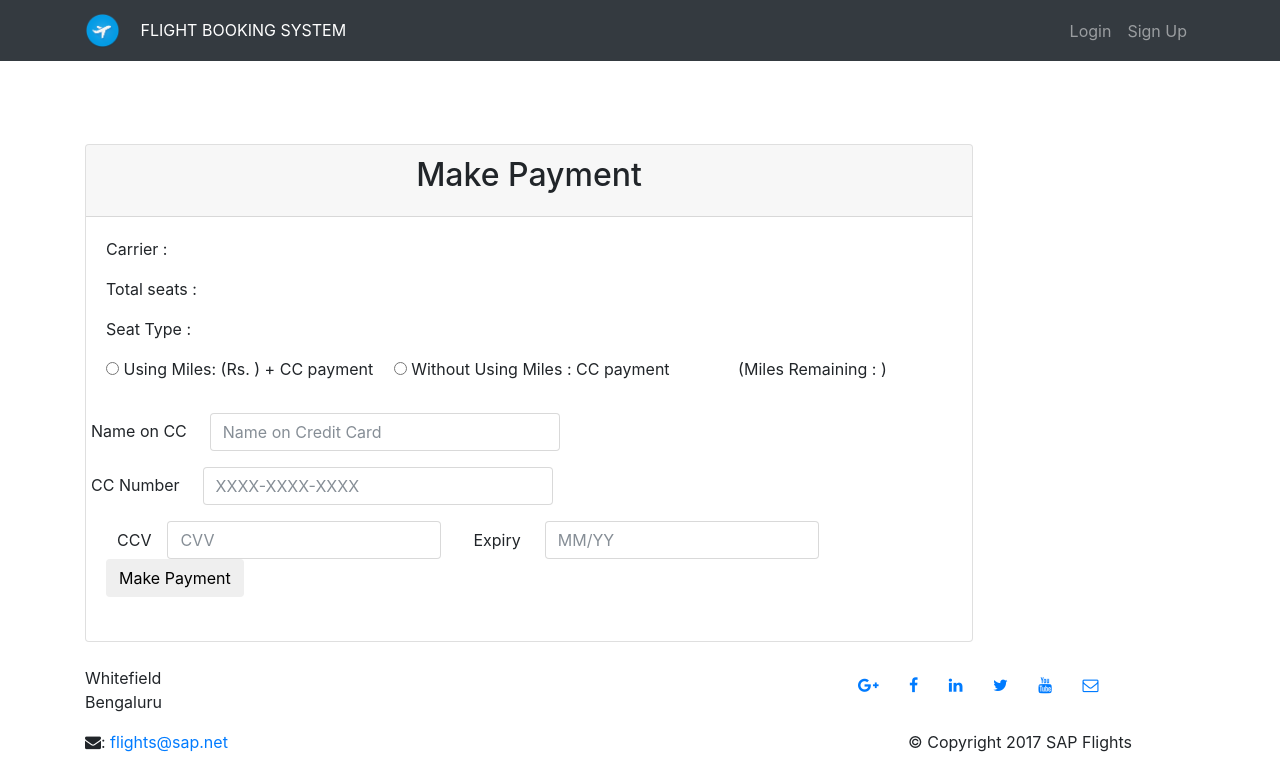
Repository: yashtatia/Spring-Practice
Page: http://localhost/FitnessTracker/WEB-INF/jsp/makePayment.jsp
These files come from the project's save history. The page is drawn as it stood at one moment and after the next save; the edit follows.
The browser window is 1280 px wide. The pictures show the whole page.
Some web libraries are served in a nearby version. The page is served by Tomcat 9. Nobody is signed in. Other server files are loaded and not shown. The template is opened directly, without the code that normally fills it, so the values that code supplies are empty.

Above is the page before, as saved 2017-09-06 07:33:25.
Console error: SyntaxError: Unexpected token ';'

### FitnessTracker/src/main/webapp/WEB-INF/jsp/makePayment.jsp
<%@ taglib prefix="spring" uri="http://www.springframework.org/tags" %>
<%@ taglib prefix="form" uri="http://www.springframework.org/tags/form" %>

<jsp:include page="header.jsp" />
	<br>
	<br>
	<br>
	<br>
	<br>
	<br>
	<div class="container">
		<div class="card" style="max-width: 80%;" >
			<div class="card-header">
				<h2 class="card-title" align="center">Make Payment</h2>
			</div>
			<div class="card-block">
				<div class="card-body">
						<p>Carrier : ${flightSelected.airline}</p>
						<p>Total seats : ${flightSelected.seats}</p>
						<p>Seat Type : ${flightSelected.seat_class}</p>

						<form:form commandName="payment" class="form-horizontal" method="POST">

							  <label class="radio-inline" >
							    <form:radiobutton path="payment_choice" name="payment_choice" value="1" />
							     Using Miles: ${miles_used} (Rs. ${discount}) + ${fare_with_miles}  CC payment

							  </label>


							  <label class="radio-inline mx-3">
							    <form:radiobutton path="payment_choice" name="payment_choice" value="2" />
							    Without Using Miles : ${fare_without_miles}	CC payment
							  </label>
							  <label class="mx-5">
							  	(Miles Remaining : ${miles_remaining})
							  </label>

							<br />
							<br/>

							<div class="form-group row">
							    <label for="input1" class="col-xs-3 col-form-label mr-2">Name on CC</label>
							    <div class="col-sm-10">
							      <form:input path="cc_name" type="text" name="cc_name" id="cc_name" placeholder="Name on Credit Card" class="form-control" style="max-width: 50%;" />
							    </div>
							</div>
							<div class="form-group row">
							    <label for="input2" class="col-xs-3 col-form-label mr-2">CC Number</label>
							    <div class="col-sm-10">
							      <form:input path="cc_number" type="text" name="cc_number" id="cc_number" placeholder="XXXX-XXXX-XXXX" class="form-control" style="max-width: 50%;" />
							    </div>
							</div>
							<div class="form-row">
									<div class="form-inline">
										<label class="mr-sm-2 mb-0 mx-md-3" for="cvv">CCV</label>
											<form:input path="cc_cvv" type="password" name="cc_cvv" id="cc_cvv" placeholder="CVV" class="form-control mr-sm-2 mb-2 mb-sm-0"  />
									<label class="mr-sm-2 mb-0 mx-md-4" for="last_name">Expiry</label>
											<form:input path="cc_expiry"  type="text" class="form-control mr-sm-2 mb-2 mb-sm-0" name="cc_expiry" id="cc_expiry" placeholder="MM/YY"/>
									</div>
							</div>


							<form:hidden path="flight_id"  name="flight_id" value="${flightSelected.flight_id}" />
							<form:hidden path="seat_type" name="seat_type" value="${flightSelected.seat_class_abbrev}" />
							<form:hidden path="seats" name="seats" value="${flightSelected.seats}" />
							<form:hidden path="fare_with_miles" name="fare_with_miles" value="${fare_with_miles}" />
							<form:hidden path="fare_without_miles" name="fare_without_miles" value="${fare_without_miles}" />
							<form:hidden path="miles_used" name="miles_used" value="${miles_used}" />
							<form:hidden path="miles_remaining" name="miles_remaining" value="${miles_remaining}" />
							<form:hidden path="miles_earned" name="miles_earned" value="${miles_earned}" />

							<button type="submit" name="" value="Make Payment" class="btn btn-default col-lg-offset-10" >Make Payment</button>
						</form:form>
				</div>

			</div>

			<br />



		</div>
	</div>
	<br/>

<jsp:include page="footer.jsp" />
<script type="text/javascript">
		$( document ).ready(function() {
		    preProcess();
		});

		function preProcess(){
			if($('input[name=payment_choice]:checked').val() == "with_miles"){
				var cc_remaining = ${fare_with_miles};
				if(cc_remaining == 0){
					$("#cc_name").prop("disabled", true);
					$("#cc_number").prop("disabled", true);
					$("#cc_cvv").prop("disabled", true);
					$("#cc_expiry").prop("disabled", true);
				}
			}
		}

		$('input[name=payment_choice]').on('change', function() {
			if($('input[name=payment_choice]:checked').val() == "with_miles"){
				var cc_remaining = ${fare_with_miles};
				if(cc_remaining == 0){
					$("#cc_name").prop("disabled", true);
					$("#cc_number").prop("disabled", true);
					$("#cc_cvv").prop("disabled", true);
					$("#cc_expiry").prop("disabled", true);
				}
			}else{
				$("#cc_name").prop("disabled", false);
				$("#cc_number").prop("disabled", false);
				$("#cc_cvv").prop("disabled", false);
				$("#cc_expiry").prop("disabled", false);
			}
		});
	</script>

### FitnessTracker/src/main/webapp/WEB-INF/jsp/header.jsp
<%@ taglib prefix="c" uri="http://java.sun.com/jsp/jstl/core"%>
<%@ taglib prefix="form" uri="http://www.springframework.org/tags/form" %>
<%@ taglib prefix="spring" uri="http://www.springframework.org/tags" %>
<!DOCTYPE html>
<html>
<head>
	<meta charset="utf-8">
    <meta http-equiv="X-UA-Compatible" content="IE=edge">
    <meta name="viewport" content="width=device-width, initial-scale=1, shrink-to-fit=no">
	<title>Search Flights</title>
	<link rel="stylesheet" href="https://maxcdn.bootstrapcdn.com/bootstrap/4.0.0-beta/css/bootstrap.min.css" integrity="sha384-/Y6pD6FV/Vv2HJnA6t+vslU6fwYXjCFtcEpHbNJ0lyAFsXTsjBbfaDjzALeQsN6M" crossorigin="anonymous">
	<link href="https://maxcdn.bootstrapcdn.com/font-awesome/4.7.0/css/font-awesome.min.css" rel="stylesheet">
	<link rel="stylesheet" type="text/css" href="assets/css/jquery-ui.css">
</head>
<body>

	 <nav class="navbar navbar-expand-md navbar-dark bg-dark fixed-top">
            <div class="container">
                <div class="navbar-header">
	                <span><a class="navbar-brand" href="index.jsp"><img src="assets/img/sap.png" height=35 width=35></a></span>
	                <span style="color: white;">FLIGHT BOOKING SYSTEM</span>
                </div>

                <c:choose>
    				<c:when test="${not logInForm.loggedIn || logInForm == null}">
                       <ul class="navbar-nav bd-navbar-nav" style="cursor: pointer;">
	                        <li class="nav-item"><a class="nav-link" data-toggle="modal" data-target="#loginModal" id="login"><span class="glyphicon glyphicon-log-in"></span> Login</a></li>
	                        <li class="nav-item"><a class="nav-link" href="signUp.html"><span class="glyphicon glyphicon-log-in"></span> Sign Up</a></li>
	                    </ul>
	    			</c:when>
	    			<c:otherwise>
	                    <ul class="navbar-nav bd-navbar-nav" style="cursor: pointer;">
	                        <li class="nav-item dropdown">
	                            <a href="#" class="nav-link dropdown-toggle" data-toggle="dropdown"
	                             role="button" aria-haspopup="true" aria-expanded="false" style="color: white; ">
	                             <i class="fa fa-user-o" aria-hidden="true"></i>  ${userForm.fname} ${userForm.lname} <span class="caret"></span></a>
	                            <ul class="dropdown-menu">
	                                <li><a class="dropdown-item" href="#">Your Miles : ${userForm.air_miles}</a></li>
	                                <li><a class="dropdown-item" href="myBookings.html">MyBookings</a></li>
	                                <li><a class="dropdown-item" href="logout.html">Logout</a></li>
	                            </ul>
	                        </li>
	                    </ul>
	                </c:otherwise>
                </c:choose>


                </div>
        </nav>

    <c:if test="${logInForm.loggedIn == false || logInForm == null}">

	    <div id="loginModal" class="modal fade " role="dialog" aria-labelledby="loginModal" aria-hidden="true">
	        <div class="modal-dialog" style="max-width: 650px !important;">
	        <!-- Modal content-->
	        <div class="modal-content">
	            <div class="modal-header">
	                <h5 class="modal-title" id="exampleModalLabel">Login</h5>
			     	   <button type="button" class="close" data-dismiss="modal" aria-label="Close">
			        	  <span aria-hidden="true">&times;</span>
			       	 </button>
	            </div>
		        <div class="modal-body">
		            <form:form modelAttribute="logInForm" class="form-inline" id="loginForm" action="logIn.html" method="POST">
		                <div class="form-group">
		                    <label class="sr-only" for="InputEmail">Email address</label>
		                    <form:input path="username" type="email" class="form-control" id="Email" placeholder="Email" name="email" />
		                </div>
		                <div class="form-group mx-sm-3">
		                    <label class="sr-only" for="Password">Password</label>
		                    <form:input path="password" type="password" class="form-control" id="Password" placeholder="Password" name="password" />
		                </div>

	            		<div class="form-group mx-sm-3">
	            			<button type="button" class="btn btn-default btn-danger pull-right" data-dismiss="modal">Cancel</button>
		                	<button type="submit" class="btn btn-default btn-info pull-right">Sign in</button>
	            		</div>


	            	</form:form>
				</div>

	        </div>
	        </div>
	    </div>

    </c:if>

### FitnessTracker/src/main/webapp/WEB-INF/jsp/footer.jsp

	<footer class="row-footer">
        <div class="container">
            <div class="row row-content">

                <div class="col-md-8">
                    <address>
		              Whitefield<br>
		              Bengaluru<br>

                    </address>
                </div>
                <div class="col-md-4">
                    <div >
                        <a class="btn btn-social-icon btn-google-plus" href="http://google.com/+"><i class="fa fa-google-plus"></i></a>
                        <a class="btn btn-social-icon btn-facebook" href="http://www.facebook.com/profile.php?id="><i class="fa fa-facebook"></i></a>
                        <a class="btn btn-social-icon btn-linkedin" href="http://www.linkedin.com/in/"><i class="fa fa-linkedin"></i></a>
                        <a class="btn btn-social-icon btn-twitter" href="http://twitter.com/"><i class="fa fa-twitter"></i></a>
                        <a class="btn btn-social-icon btn-youtube" href="http://youtube.com/"><i class="fa fa-youtube"></i></a>
                        <a class="btn btn-social-icon" href="mailto:"><i class="fa fa-envelope-o"></i></a>
                    </div>
                </div>
             </div>
             <div class="row row-content">
                <div class="col-md-8">
		              <i class="fa fa-envelope"></i>:
                         <a href="mailto:flights@sap.net">
                         flights@sap.net</a>
                </div>
                <div class="col-md-4">
                    <p align=center> &copy; Copyright 2017 SAP Flights</p>
                </div>
             </div>
        </div>
    </footer>




<script src="https://code.jquery.com/jquery-3.2.1.slim.min.js" integrity="sha384-KJ3o2DKtIkvYIK3UENzmM7KCkRr/rE9/Qpg6aAZGJwFDMVNA/GpGFF93hXpG5KkN" crossorigin="anonymous"></script>
<script type="text/javascript" src="http://code.jquery.com/jquery-3.2.1.min.js"></script>
<script type="text/javascript" src="assets/js/jquery-ui.min.js"></script>
<script src="https://cdnjs.cloudflare.com/ajax/libs/popper.js/1.11.0/umd/popper.min.js" integrity="sha384-b/U6ypiBEHpOf/4+1nzFpr53nxSS+GLCkfwBdFNTxtclqqenISfwAzpKaMNFNmj4" crossorigin="anonymous"></script>
<script src="https://maxcdn.bootstrapcdn.com/bootstrap/4.0.0-beta/js/bootstrap.min.js" integrity="sha384-h0AbiXch4ZDo7tp9hKZ4TsHbi047NrKGLO3SEJAg45jXxnGIfYzk4Si90RDIqNm1" crossorigin="anonymous"></script>

<script>
        $().button('toggle');
        $(document).ready(function(){
            $("#login").click(function(){
                console.log("yo!");
                $("#loginModal").modal();
            });
        });

        $(document).ready(function(){
            $("#table").click(function(){
                $("#tableModal").modal();
            });
        });
</script>
</body>
</html>

Loaded but not shown: FitnessTracker/src/main/webapp/assets/css/jquery-ui.css (library); FitnessTracker/src/main/webapp/assets/js/jquery-ui.min.js (library)

After the next save:
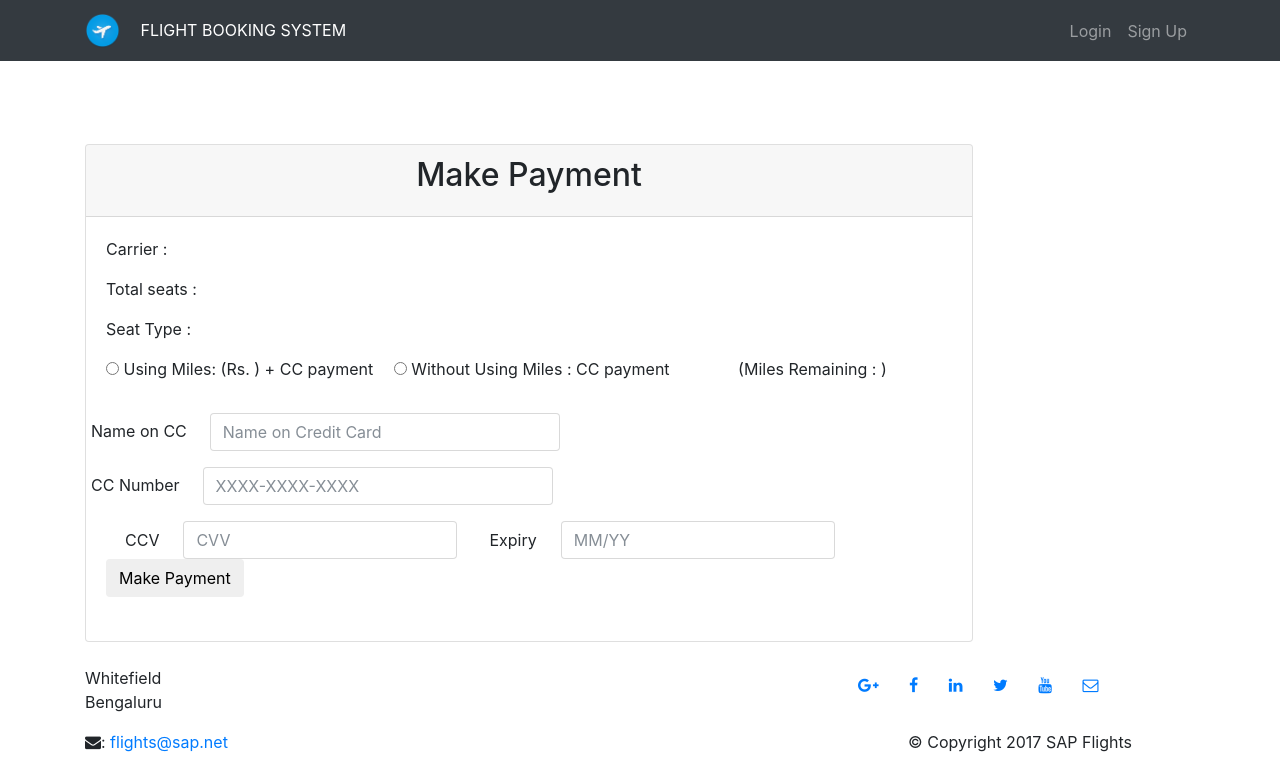
Saved 9 s later.
--- a/FitnessTracker/src/main/webapp/WEB-INF/jsp/makePayment.jsp
+++ b/FitnessTracker/src/main/webapp/WEB-INF/jsp/makePayment.jsp
@@ -53,7 +53,7 @@
 							</div>
 							<div class="form-row">
 									<div class="form-inline">
-										<label class="mr-sm-2 mb-0 mx-md-3" for="cvv">CCV</label>
+										<label class="mr-sm-2 mb-0 mx-md-4" for="cvv">CCV</label>
 											<form:input path="cc_cvv" type="password" name="cc_cvv" id="cc_cvv" placeholder="CVV" class="form-control mr-sm-2 mb-2 mb-sm-0"  />
 									<label class="mr-sm-2 mb-0 mx-md-4" for="last_name">Expiry</label>
 											<form:input path="cc_expiry"  type="text" class="form-control mr-sm-2 mb-2 mb-sm-0" name="cc_expiry" id="cc_expiry" placeholder="MM/YY"/>
